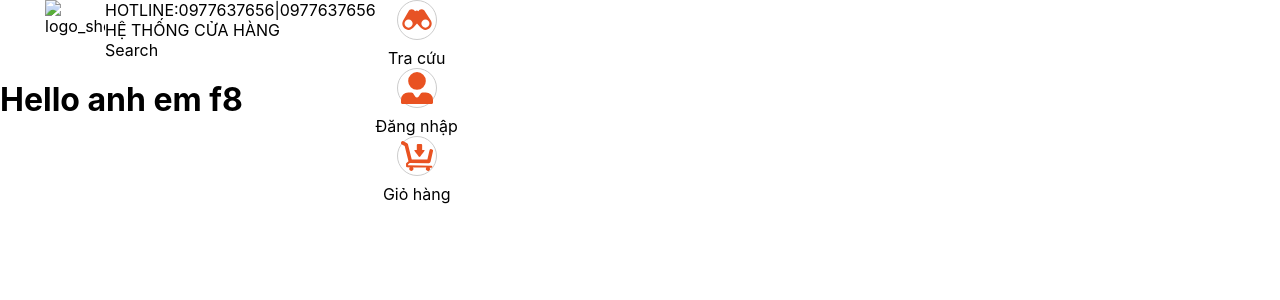
Repository: manhhieu120499/BadmintonShop
Page: /
These files come from the project's save history. The page is drawn as it stood at one moment and after the next save; the edit follows.
The browser window is 1280 px wide. The pictures show the whole page.
The project was rebuilt for these pictures with package versions that can differ from the ones it lists, and the page was loaded fresh each time.

Above is the page before, as saved 2024-08-19 09:49:19.

### src/App.js
import './App.css';
import { DefaultLayout } from './layouts/DefaultLayout';

function App() {
	return (
		<DefaultLayout>
			<div className="App">
				<h1>Hello anh em f8</h1>
			</div>
		</DefaultLayout>
	);
}

export default App;

### src/App.css
/*reset css*/
* {
	margin: 0;
	padding: 0;
	box-sizing: border-box;
}

### src/layouts/DefaultLayout/DefaultLayout.js
import classNames from 'classnames/bind';
import styles from './DefaultLayout.module.scss';
import { Header } from '../components/';

const cx = classNames.bind(styles);

function DefaultLayout({ children }) {
	return (
		<div className={cx('container')}>
			<Header />
			{children}
		</div>
	);
}

export default DefaultLayout;

### src/layouts/DefaultLayout/DefaultLayout.module.scss
.container {
	width: 100vw;
	min-height: 100vh;
	background-color: white;
}

### src/layouts/components/Header/Header.js
import classNames from 'classnames/bind';
import styles from './Header.module.scss';
import images from '../../../assets/images';
import Search from '../Search';
import { LookupIcon, ShoppingCart, UserIcon } from '../../../components/Icons';
import Button from '../../../components/Button';
const cx = classNames.bind(styles);
function Header() {
	return (
		<div className={cx('wrapper')}>
			<img
				className={cx('logo-brand')}
				src={images.logo}
				alt="logo_shop"
			/>
			<div className={cx('header-content')}>
				<div className={cx('info-contact')}>
					{/** icon */}
					<p>
						HOTLINE:
						<span>0977637656</span>
						<span>|</span>
						<span>0977637656</span>
					</p>
				</div>
				<div className={cx('other-company')}>
					{/** icon */}
					<p>HỆ THỐNG CỬA HÀNG</p>
				</div>
				<Search />
			</div>
			<div className={cx('other')}>
				<Button title={'Tra cứu'} Icon={LookupIcon} />
				<Button title={'Đăng nhập'} Icon={UserIcon} />
				<Button title={'Giỏ hàng'} Icon={ShoppingCart} />
			</div>
		</div>
	);
}

export default Header;

### src/layouts/components/Header/Header.module.scss
.wrapper {
	height: 80px;
	width: 100%;
	padding: 0 45px;
	display: flex;
}

.logo-brand {
	width: 60px;
	height: 60px;
	display: inline-block;
}

### src/assets/images/index.js
const images = {
	logo: require('../images/logo.svg').default,
};

export default images;

### src/layouts/components/Search/Search.js
function Search() {
	return <div>Search</div>;
}

export default Search;

### src/components/Icons/Icon.js
export const LookupIcon = ({ width = '2rem', height = '2rem' }) => {
	return (
		<svg
			version="1.1"
			id="Layer_1"
			xmlns="http://www.w3.org/2000/svg"
			x="0px"
			y="0px"
			viewBox="0 0 850.39 850.39"
			width={width}
			height={height}
		>
			<path
				fill="#E75325"
				d="M797.17,444.28L641.85,206.29c-14.4-37.32-50.59-63.8-92.99-63.8c-35.78,0-67.14,18.86-84.72,47.18
								   c-11.68-9.55-26.59-15.28-42.85-15.28c-18.79,0-35.78,7.65-48.06,20c-16.92-30.92-49.75-51.89-87.48-51.89
								   c-38.92,0-72.61,22.33-89.02,54.86L53.74,443.61c-12.2,23.22-19.14,49.61-19.14,77.61c0,92.32,75.11,167.44,167.44,167.44
								   c55.47,0,95.68-27.91,135.19-68.81l88.06-98.63l88.06,98.63c39.51,36.92,79.72,68.81,135.19,68.81
								   c92.33,0,167.44-75.11,167.44-167.44C815.97,493.49,809.15,467.34,797.17,444.28z M202.03,628.85
								   c-59.45,0-107.64-48.19-107.64-107.64s48.19-107.64,107.64-107.64s107.64,48.19,107.64,107.64S261.48,628.85,202.03,628.85z
									M648.53,628.85c-59.45,0-107.64-48.19-107.64-107.64s48.19-107.64,107.64-107.64s107.64,48.19,107.64,107.64
								   S707.98,628.85,648.53,628.85z"
			></path>
		</svg>
	);
};

export const UserIcon = ({ width = '2rem', height = '2rem' }) => {
	return (
		<svg
			xmlns="http://www.w3.org/2000/svg"
			viewBox="0 0 245.86 244.44"
			fill="#E95221"
			width={width}
			height={height}
		>
			<path
				d="M249.31,163.93H225.14a16.46,16.46,0,0,0-13.49,7l-16.9,24.18a16.46,16.46,0,0,1-27.12-.18l-16.17-23.82a16.48,16.48,0,0,0-13.62-7.22H114.11a55.34,55.34,0,0,0-55.33,55.34v24.55A8.23,8.23,0,0,0,67,252.06h229.4a8.24,8.24,0,0,0,8.23-8.24V219.27A55.34,55.34,0,0,0,249.31,163.93Zm-67.57-20.58a67.87,67.87,0,1,0-67.86-67.87A67.86,67.86,0,0,0,181.74,143.35Z"
				transform="translate(-58.78 -7.61)"
			></path>
		</svg>
	);
};

export const ShoppingCart = ({ width = '2rem', height = '2rem' }) => {
	return (
		<svg
			xmlns="http://www.w3.org/2000/svg"
			viewBox="0 0 265.71 247.92"
			fill="#E95221"
			width={width}
			height={height}
		>
			<path
				d="M298.21,71.39a14.93,14.93,0,0,0-17.88,11.2l-17.21,75-129.91-1.2L101.9,31.17a15,15,0,0,0-7.28-9.46L66.2,6.08A14.92,14.92,0,0,0,51.82,32.23L74.53,44.72l31.89,127.52L89.25,185.79A8.52,8.52,0,0,0,86,192.48v21.31a8.52,8.52,0,0,0,8.4,8.53l24.06.34A17,17,0,1,0,142,223l112.53,1.58a17,17,0,1,0,26.94.38l14.67.2h.13a8.53,8.53,0,0,0,.11-17l-193.35-2.72v-8.77l14.18-11.2a14.36,14.36,0,0,0,4.15.67l153.44,1.43H275a14.93,14.93,0,0,0,14.54-11.59l19.91-86.66A14.93,14.93,0,0,0,298.21,71.39Z"
				transform="translate(-44.09 -4.24)"
				strokeMiterlimit="10"
				strokeLinecap="round"
				strokeLinejoin="round"
			></path>
			<path
				d="M233.64,77.44H219.77V37.3a8.91,8.91,0,0,0-8.91-8.91H184.14a8.91,8.91,0,0,0-8.9,8.91V77.44H161.37c-6.14,0-8.16,4-4.5,9l10.32,13.84,13.33,17.9L190.84,132c3.67,4.92,9.67,4.92,13.33,0l10.32-13.85,13.33-17.9,10.32-13.84C241.8,81.46,239.78,77.44,233.64,77.44Z"
				transform="translate(-44.09 -4.24)"
				strokeMiterlimit="10"
				strokeLinecap="round"
				strokeLinejoin="round"
			></path>
		</svg>
	);
};

### src/components/Button/Button.js
import classNames from 'classnames/bind';
import styles from './Button.module.scss';

const cx = classNames.bind(styles);

function Button({ title, Icon, onClick }) {
	return (
		<div className={cx('wrapper')} onClick={onClick}>
			<div className={cx('image-icon')}>
				<Icon />
			</div>
			<p className={cx('title')}>{title}</p>
		</div>
	);
}

export default Button;

### src/components/Button/Button.module.scss
.wrapper {
	display: flex;
	flex-direction: column;
	align-items: center;
}

.image-icon {
	width: 40px;
	height: 40px;
	border-radius: 50%;
	border: 1px solid #ccc;
	display: flex;
	align-items: center;
	justify-content: center;
}

.title {
	margin-top: 8px;
}

Loaded but not shown: public/index.html (common file); src/index.js (common file); src/index.css (common file); src/reportWebVitals.js (common file); src/layouts/DefaultLayout/index.js (common file); src/layouts/components/index.js (common file); src/layouts/components/Header/index.js (common file); src/layouts/components/Search/index.js (common file); src/components/Icons/index.js (common file); src/components/Button/index.js (common file)

After the next save:
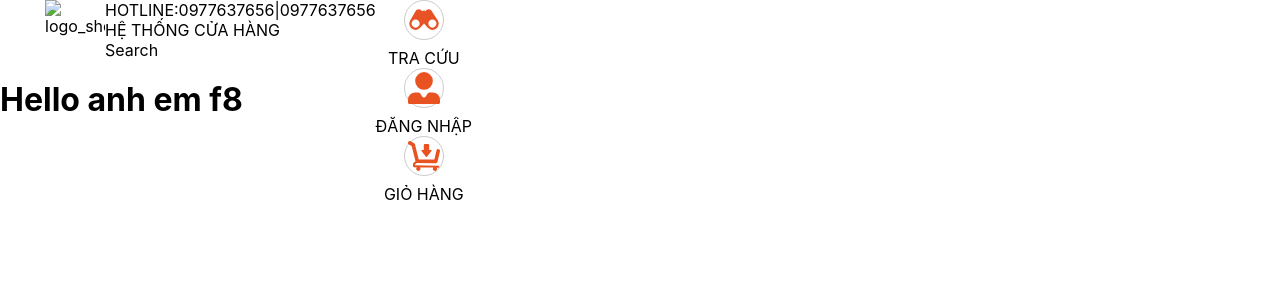
Saved 2 min 18 s later.
--- a/src/components/Button/Button.js
+++ b/src/components/Button/Button.js
@@ -9,7 +9,7 @@ function Button({ title, Icon, onClick }) {
 			<div className={cx('image-icon')}>
 				<Icon />
 			</div>
-			<p className={cx('title')}>{title}</p>
+			<p className={cx('title')}>{title.toUpperCase()}</p>
 		</div>
 	);
 }
